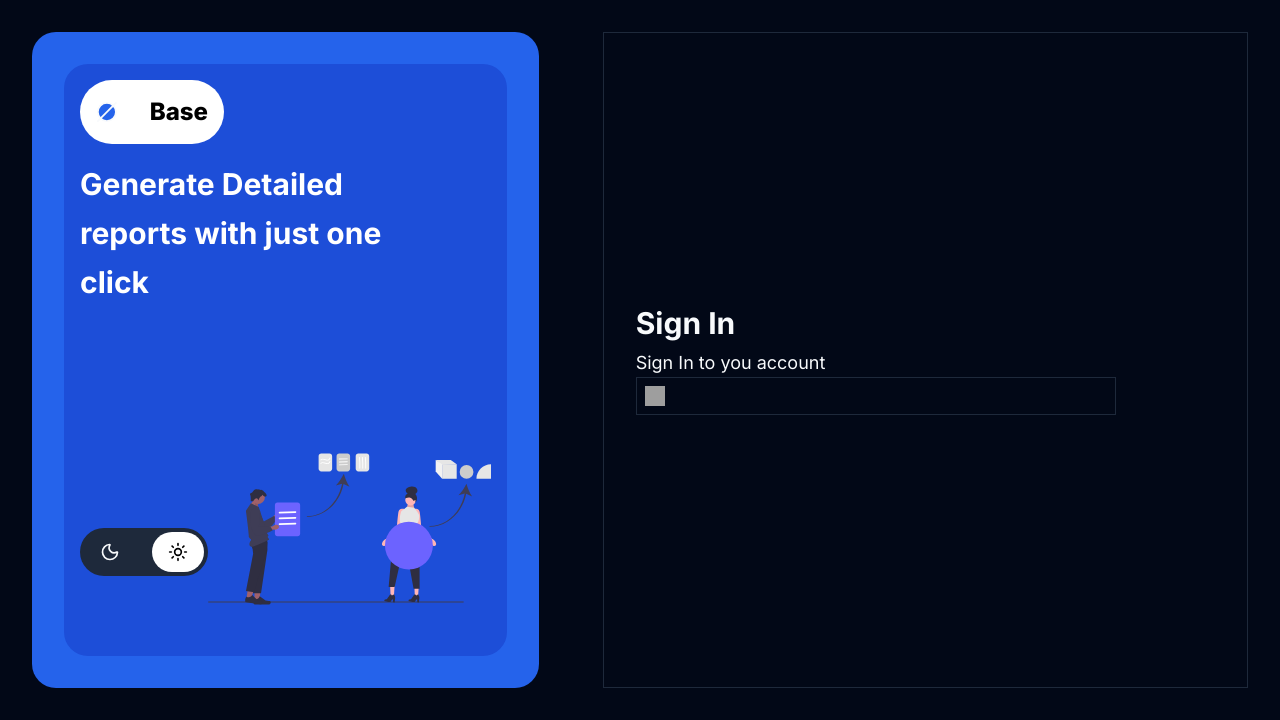
Repository: Hardyy00/openinapp_assignment
Page: /
These files come from the project's save history. The page is drawn as it stood at one moment and after the next save; the edit follows.
The browser window is 1280 px wide. The pictures show the whole page.
Pictures or frames that could not be fetched are drawn as grey boxes. The project was rebuilt for these pictures with package versions that can differ from the ones it lists, and the page was loaded fresh each time. The framework's server and built-in components were replaced by stand-ins that run in the browser. Also part of the build but not shown: next.config.mjs.

Above is the page before, as saved 2024-08-23 16:29:17.

### app/layout.tsx
import type { Metadata } from "next";
import { Inter } from "next/font/google";
import "./globals.css";
import { ThemeProvider } from "@/components/theme-provider";
import { Switcher } from "./_components/switcher";

const inter = Inter({ subsets: ["latin"] });

export const metadata: Metadata = {
  title: "Create Next App",
  description: "Generated by create next app",
};

export default function RootLayout({
  children,
}: Readonly<{
  children: React.ReactNode;
}>) {
  return (
    <html lang="en">
      <body className={inter.className}>
        <ThemeProvider
          attribute="class"
          defaultTheme="system"
          storageKey="base"
        >
          <Switcher />
          {children}
        </ThemeProvider>
      </body>
    </html>
  );
}

### app/(auth)/layout.tsx
import { ThemeToggle } from "@/components/theme-toggle";
import { CircleSlash2 } from "lucide-react";
import Image from "next/image";
import { Intro } from "./_components/intro";
import { Navbar } from "./_components/navbar";

export default function Layout({ children }: { children: React.ReactNode }) {
  return (
    <div className="h-full w-full">
      <Navbar />
      <div className="w-full h-full flex flex-col lg:flex-row">
        <Intro />

        <div className="flex-[0.7]">{children}</div>
      </div>
    </div>
  );
}

### app/(auth)/page.tsx
import Image from "next/image";

export default function Page() {
  return (
    <div className="h-full p-8">
      <div className="p-8 border h-full flex items-center">
        <div className="flex flex-col gap-x-4 w-[30rem]">
          <div className="space-y-2">
            <h1 className="text-foreground font-bold text-3xl">Sign In</h1>
            <p className="text-lg">Sign In to you account</p>
          </div>

          <div className="flex border p-2">
            <div className="bg-">
              <div className="w-5 h-5 relative">
                <Image src={"/google.svg"} alt="svg" fill />
              </div>
            </div>
            <div className=""></div>
          </div>
        </div>
      </div>
    </div>
  );
}

### app/globals.css
@tailwind base;
@tailwind components;
@tailwind utilities;

html,
body,
:root {
  height: 100%;
}

::-webkit-scrollbar {
  display: none;
}

@layer base {
  :root {
    --background: 0 0% 100%;
    --foreground: 222.2 84% 4.9%;
    --card: 0 0% 100%;
    --card-foreground: 222.2 84% 4.9%;
    --popover: 0 0% 100%;
    --popover-foreground: 222.2 84% 4.9%;
    --primary: 222.2 47.4% 11.2%;
    --primary-foreground: 210 40% 98%;
    --secondary: 210 40% 96.1%;
    --secondary-foreground: 222.2 47.4% 11.2%;
    --muted: 210 40% 96.1%;
    --muted-foreground: 215.4 16.3% 46.9%;
    --accent: 210 40% 96.1%;
    --accent-foreground: 222.2 47.4% 11.2%;
    --destructive: 0 84.2% 60.2%;
    --destructive-foreground: 210 40% 98%;
    --border: 214.3 31.8% 91.4%;
    --input: 214.3 31.8% 91.4%;
    --ring: 222.2 84% 4.9%;
    --radius: 0.5rem;
    --chart-1: 12 76% 61%;
    --chart-2: 173 58% 39%;
    --chart-3: 197 37% 24%;
    --chart-4: 43 74% 66%;
    --chart-5: 27 87% 67%;
  }

  .dark {
    --background: 222.2 84% 4.9%;
    --foreground: 210 40% 98%;
    --card: 222.2 84% 4.9%;
    --card-foreground: 210 40% 98%;
    --popover: 222.2 84% 4.9%;
    --popover-foreground: 210 40% 98%;
    --primary: 210 40% 98%;
    --primary-foreground: 222.2 47.4% 11.2%;
    --secondary: 217.2 32.6% 17.5%;
    --secondary-foreground: 210 40% 98%;
    --muted: 217.2 32.6% 17.5%;
    --muted-foreground: 215 20.2% 65.1%;
    --accent: 217.2 32.6% 17.5%;
    --accent-foreground: 210 40% 98%;
    --destructive: 0 62.8% 30.6%;
    --destructive-foreground: 210 40% 98%;
    --border: 217.2 32.6% 17.5%;
    --input: 217.2 32.6% 17.5%;
    --ring: 212.7 26.8% 83.9%;
    --chart-1: 220 70% 50%;
    --chart-2: 160 60% 45%;
    --chart-3: 30 80% 55%;
    --chart-4: 280 65% 60%;
    --chart-5: 340 75% 55%;
  }
}

@layer base {
  * {
    @apply border-border;
  }
  body {
    @apply bg-background text-foreground;
  }
}

### app/_components/switcher.tsx
"use client";

import { useTheme } from "next-themes";
import { useEffect } from "react";
import { useMediaQuery } from "usehooks-ts";

export const Switcher: React.FC = () => {
  const { setTheme } = useTheme();
  const matches = useMediaQuery("(max-width:1024px)");

  useEffect(() => {
    if (matches) {
      setTheme("light");
    } else {
      setTheme("dark");
    }
  }, [matches, setTheme]);
  return null;
};

### app/(auth)/_components/intro.tsx
import { ThemeToggle } from "@/components/theme-toggle";
import { CircleSlash2 } from "lucide-react";
import Image from "next/image";

export const Intro: React.FC = () => {
  return (
    <div className="flex-[0.5] p-8 hidden lg:block">
      <div className="p-8 bg-blue-600 h-full rounded-3xl">
        <div className="p-4 bg-blue-700 h-full rounded-3xl flex flex-col gap-y-4 justify-between">
          <div className="p-4 flex items-center bg-white rounded-full w-[9rem] space-x-8">
            <CircleSlash2 className="stroke-white-600 fill-blue-600 h-7 w-7" />
            <h1 className="text-black font-extrabold text-2xl ">Base</h1>
          </div>

          <div className="w-[80%]">
            <p className="text-3xl font-bold text-wrap leading-relaxed text-white">
              Generate Detailed reports with just one click
            </p>
          </div>

          <div className=" flex h-[24rem]">
            <div className="flex-[0.3] self-end pb-16">
              <ThemeToggle className="w-[8rem]" />
            </div>
            <div className="flex-1 h-[70%] self-end  relative">
              {/* <div className="h-[70%]"> */}
              {/* <div className=" relative h-[70%] "> */}
              <Image src={"/auth.svg"} fill alt="svg" />
              {/* </div> */}
              {/* </div> */}
            </div>
          </div>
        </div>
      </div>
    </div>
  );
};

### app/(auth)/_components/navbar.tsx
import { CircleSlash2 } from "lucide-react";

export const Navbar: React.FC = () => {
  return (
    <div className="lg:hidden sticky top-0 bg-blue-600 text-black p-4">
      <div className="flex">
        <CircleSlash2 className="fill-white stroke-blue-600 h-8 w-8" />
      </div>
    </div>
  );
};

### components/theme-toggle.tsx
"use client";

import { Moon, Sun } from "lucide-react";
import { useTheme } from "next-themes";
import { Button } from "./ui/button";
import { cn } from "@/lib/utils";
import { useState } from "react";

interface ToggleThemeProps {
  className?: string;
}

export const ThemeToggle: React.FC<ToggleThemeProps> = ({ className = "" }) => {
  const { setTheme } = useTheme();
  const [on, setOn] = useState<String>("sun");

  const handleClick = (type: string) => {
    if (type === "sun") {
      setOn("sun");
      setTheme("light");
    } else {
      setOn("moon");
      setTheme("dark");
    }
  };

  return (
    <div className={cn("w-[10rem] p-1 rounded-full bg-secondary", className)}>
      <div className="flex w-full items-center justify-between">
        <Button
          variant={"ghost"}
          className={cn(
            "p-4 rounded-[4rem] transition-all",
            on === "moon" && "bg-black text-white"
          )}
          onClick={() => handleClick("moon")}
        >
          <Moon className="h-5 w-5" />
        </Button>

        <Button
          variant={"ghost"}
          className={cn(
            "p-4 rounded-[4rem] hover:bg-white hover:text-black transition-all",
            on === "sun" && "bg-white text-black"
          )}
          onClick={() => handleClick("sun")}
        >
          <Sun className="h-5 w-5" />
        </Button>
      </div>
    </div>
  );
};

### components/ui/button.tsx
import * as React from "react";
import { Slot } from "@radix-ui/react-slot";
import { cva, type VariantProps } from "class-variance-authority";

import { cn } from "@/lib/utils";

const buttonVariants = cva(
  "inline-flex items-center justify-center whitespace-nowrap rounded-md text-sm font-medium ring-offset-background transition-colors focus-visible:outline-none focus-visible:ring-2 focus-visible:ring-ring focus-visible:ring-offset-2 disabled:pointer-events-none disabled:opacity-50",
  {
    variants: {
      variant: {
        primary: "bg-blue-600 text-primary-foreground",
        default: "bg-primary text-primary-foreground hover:bg-primary/90",
        destructive:
          "bg-destructive text-destructive-foreground hover:bg-destructive/90",
        outline:
          "border border-input bg-background hover:bg-accent hover:text-accent-foreground",
        secondary:
          "bg-secondary text-secondary-foreground hover:bg-secondary/80",
        ghost: "hover:bg-accent hover:text-accent-foreground",
        link: "text-primary underline-offset-4 hover:underline",
      },
      size: {
        default: "h-10 px-4 py-2",
        sm: "h-9 rounded-md px-3",
        lg: "h-11 rounded-md px-8",
        icon: "h-10 w-10",
      },
    },
    defaultVariants: {
      variant: "default",
      size: "default",
    },
  }
);

export interface ButtonProps
  extends React.ButtonHTMLAttributes<HTMLButtonElement>,
    VariantProps<typeof buttonVariants> {
  asChild?: boolean;
}

const Button = React.forwardRef<HTMLButtonElement, ButtonProps>(
  ({ className, variant, size, asChild = false, ...props }, ref) => {
    const Comp = asChild ? Slot : "button";
    return (
      <Comp
        className={cn(buttonVariants({ variant, size, className }))}
        ref={ref}
        {...props}
      />
    );
  }
);
Button.displayName = "Button";

export { Button, buttonVariants };

Loaded but not shown: components/theme-provider.tsx (common file); lib/utils.ts (common file); tailwind.config.ts (common file)

After the next save:
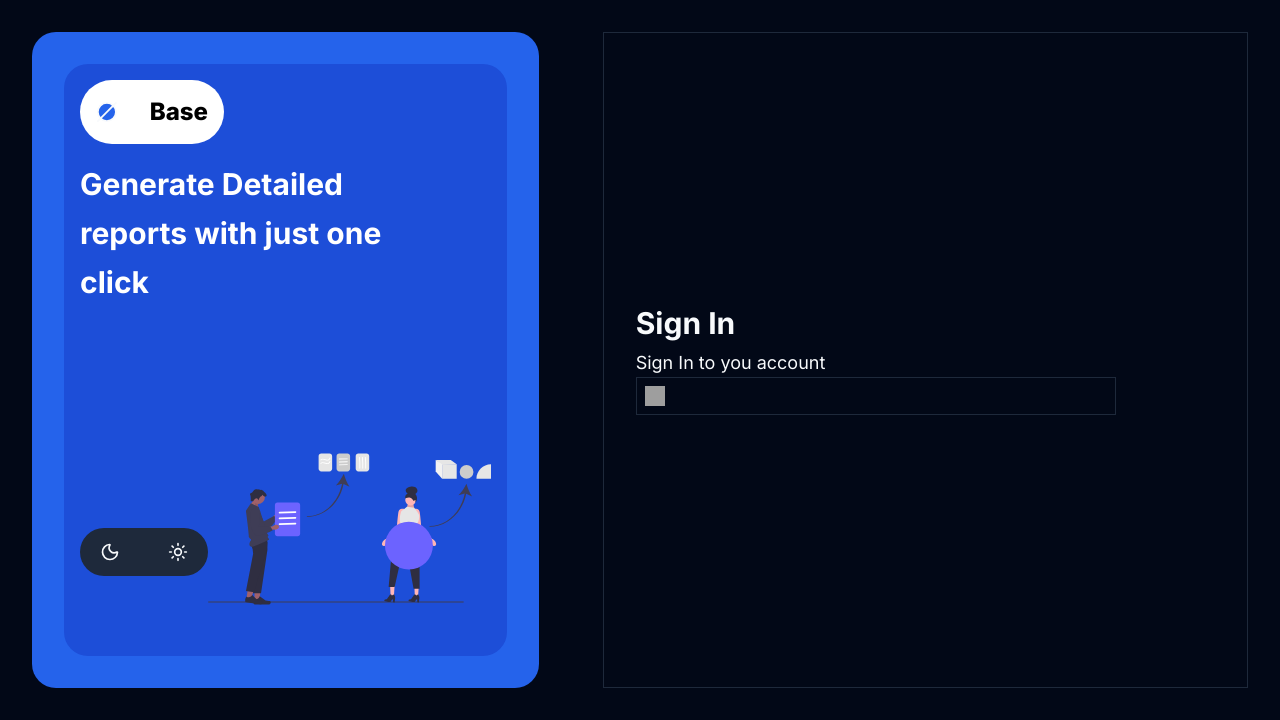
Saved 63 s later.
--- a/components/theme-toggle.tsx
+++ b/components/theme-toggle.tsx
@@ -11,8 +11,8 @@
 }
 
 export const ThemeToggle: React.FC<ToggleThemeProps> = ({ className = "" }) => {
-  const { setTheme } = useTheme();
-  const [on, setOn] = useState<String>("sun");
+  const { setTheme, theme } = useTheme();
+  const [on, setOn] = useState<String>(theme);
 
   const handleClick = (type: string) => {
     if (type === "sun") {

After the 4 saves that followed:
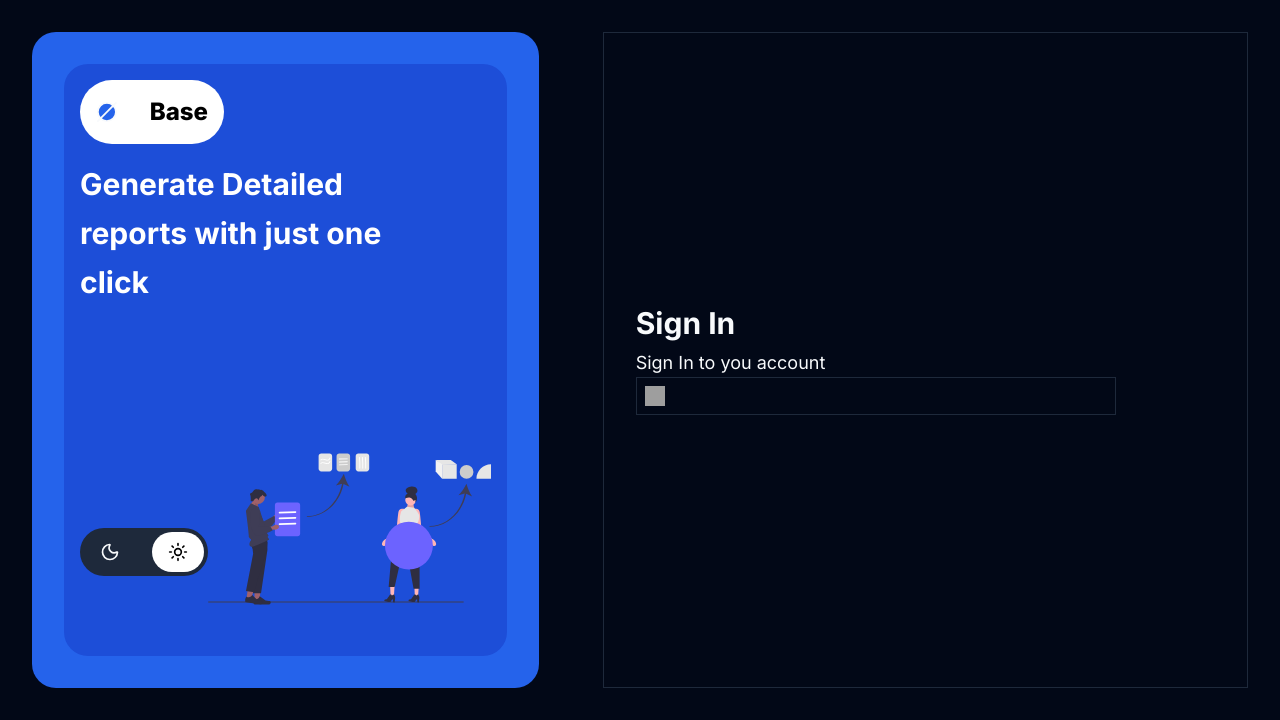
The 4 saves are shown as one change because they came seconds apart.
The last was saved 26 s later.
--- a/components/theme-toggle.tsx
+++ b/components/theme-toggle.tsx
@@ -11,8 +11,8 @@
 }
 
 export const ThemeToggle: React.FC<ToggleThemeProps> = ({ className = "" }) => {
-  const { setTheme, theme } = useTheme();
-  const [on, setOn] = useState<String>(theme);
+  const { setTheme } = useTheme();
+  const [on, setOn] = useState<String>("sun");
 
   const handleClick = (type: string) => {
     if (type === "sun") {
